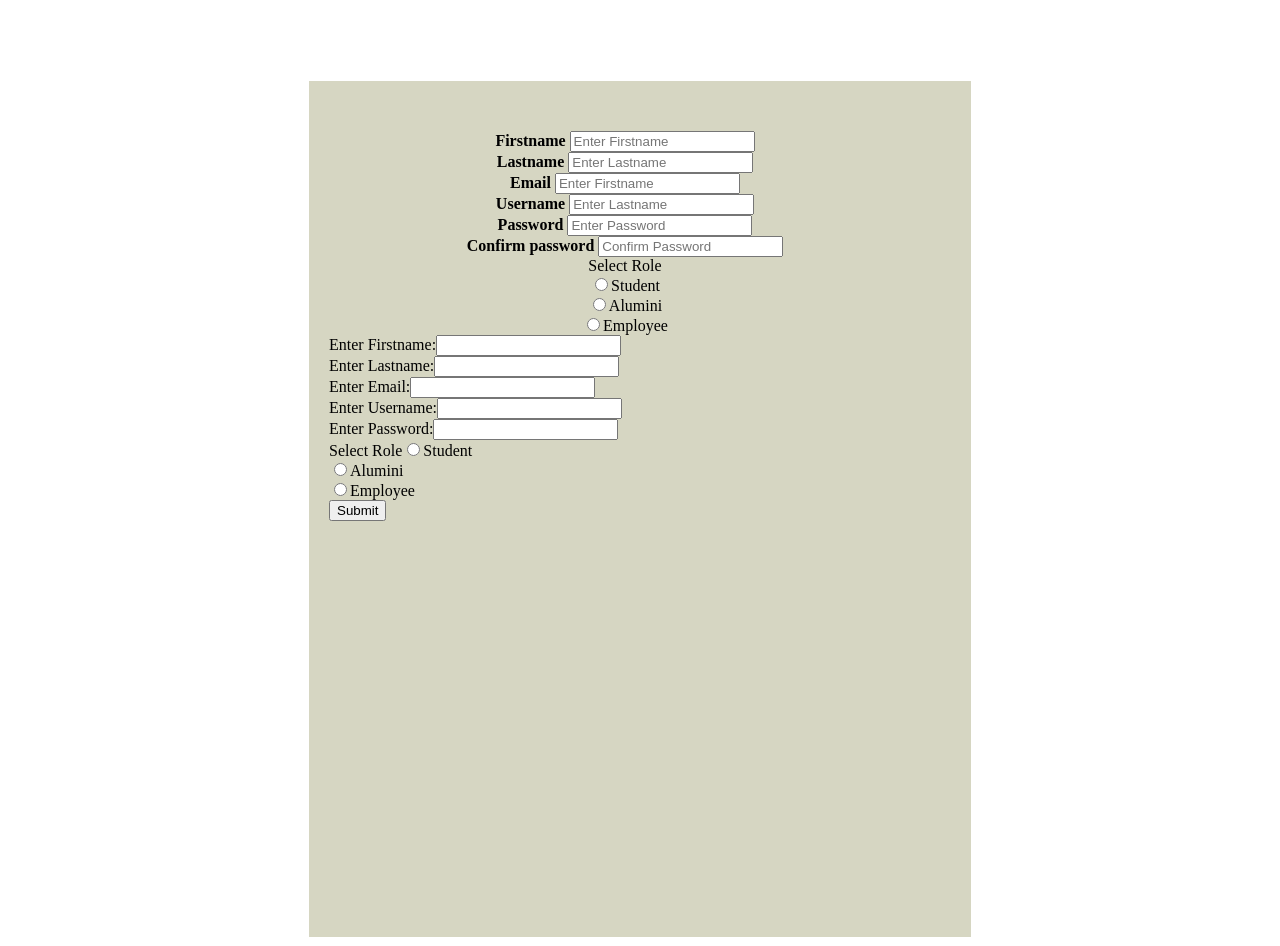
Repository: NeeleshPoojari/Project-2
Page: frontend_project2/WebContent/views/registrationform.html
The author's editor kept a copy of each file at every save. The page is drawn from the files as they stood at one save, then again after the next save.
The browser window is 1280 px wide. The pictures show the whole page.

Above is the page before, as saved 2017-07-17 07:09:21.

After the next save:
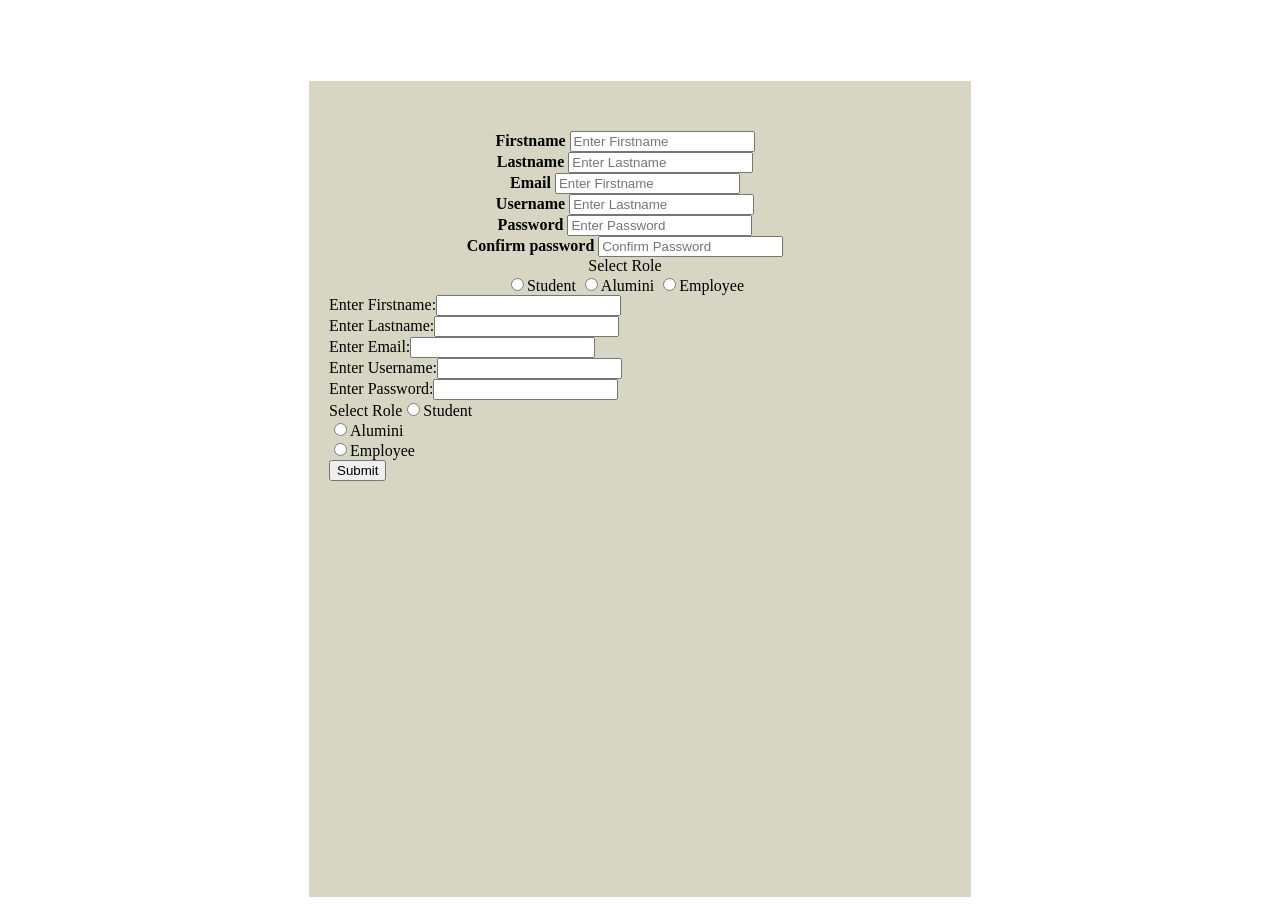
Saved 34 s later.
--- a/frontend_project2/WebContent/views/registrationform.html
+++ b/frontend_project2/WebContent/views/registrationform.html
@@ -73,9 +73,9 @@
 		<div align="center">
 		<label >Select Role</label><br>
 		<div class="row">
-        <input type="radio" ng-model="user.role" value="Student">Student<br>
-		<input type="radio" ng-model="user.role" value="Alumini">Alumini<br>
-		<input type="radio" ng-model="user.role" value="Employee">Employee<br>
+        <input type="radio" ng-model="user.role" value="Student">Student
+		<input type="radio" ng-model="user.role" value="Alumini">Alumini
+		<input type="radio" ng-model="user.role" value="Employee">Employee
 		</div>
 
 
